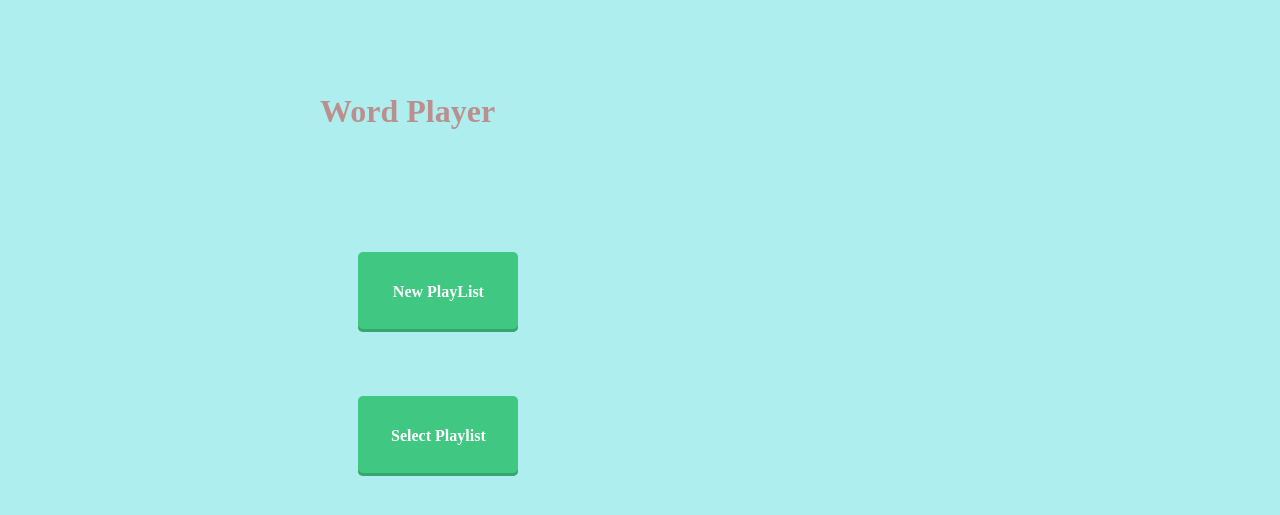
Repository: Artem-Brunov/msu_prac
Page: workspace/BasicUI/index.html
An editor plug-in stored every save of this project. The page is shown before and after the next save, followed by the edit.
The browser window is 1280 px wide. The pictures show the whole page.

Above is the page before, as saved 2017-11-19 19:40:48.

### workspace/BasicUI/index.html
<!DOCTYPE html>
<html>

<head>
    <meta charset="utf-8" />
    <meta name="viewport" content="width=device-width, initial-scale=1.0, maximum-scale=1.0">
    <meta name="description" content="Tizen Mobile Web Basic Template" />

    <title>Tizen Mobile Web Basic Application</title>

    <link rel="stylesheet" type="text/css" href="css/style.css" />
</head>

<body>
	<div class = "main">
		<div class = "titl">
			<h1>Word Player</h1>
		</div>
		<div class = "New">
			<div class = "Centr">
				<a href = "" class = "first_button">New PlayList</a>
			</div>
		</div>
		<div class = "Select">
			<div class = "Centr">
				<a href = "" class = "first_button" >Select Playlist</a>
			</div>
		</div>

	</div>


</body>

</html>

### workspace/BasicUI/css/style.css
html,
body {
    width: 100%;
    height: 100%;
    margin: 0 auto;
    padding: 0;
    background: PaleTurquoise;
 }
 .titl{

 	position: absolute;
 	left: 25%;
 	top: 10%;
 	color: RosyBrown;
 }
 a.first_button {

	display: block;
	width: 160px;
	height: 80px;
  	line-height: 5em;
	border-radius: 5px;
 	background: rgb(64,199,129);
	box-shadow: 0 -3px rgb(53,167,110) inset;
	font-weight: 900;
  	color: white;
  	text-align: center;
  	text-decoration: none;
  	transition: 0.2s;
}
a.first_button:hover { background: rgb(53, 167, 110); }
a.first_button:active {
  background: rgb(33,147,90);
  box-shadow: 0 3px rgb(33,147,90) inset;
}
.New {
	position: absolute;
  	top: 35%;
  	left: 28%;

}
.Select {
	position: absolute;
  	top: 55%;
  	left: 28%;

}

After the next save:
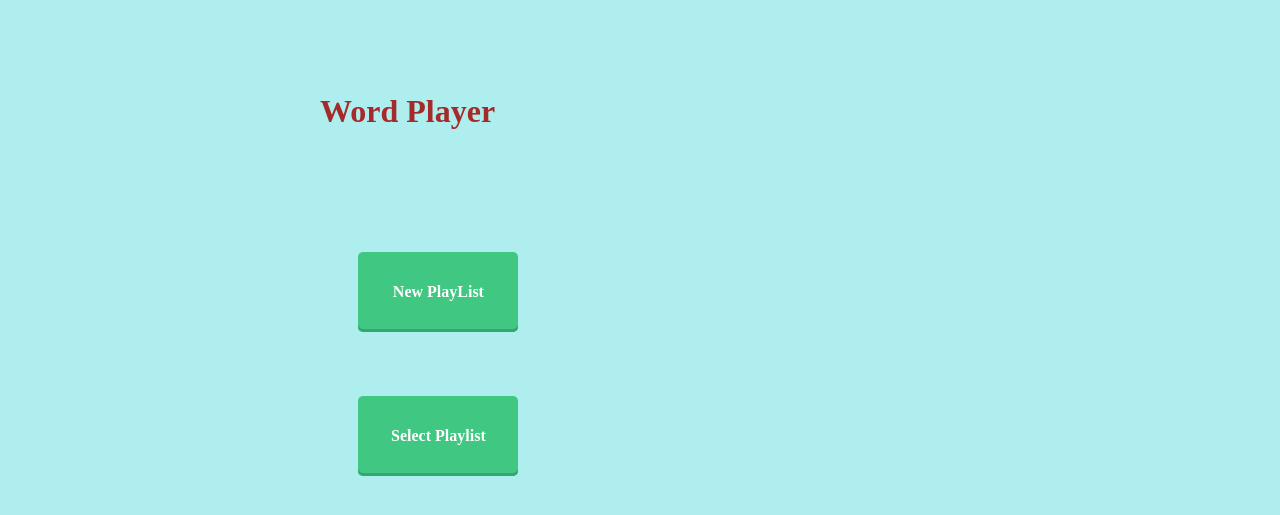
Saved 19 s later.
--- a/workspace/BasicUI/css/style.css
+++ b/workspace/BasicUI/css/style.css
@@ -11,7 +11,7 @@ body {
  	position: absolute;
  	left: 25%;
  	top: 10%;
- 	color: RosyBrown;
+ 	color: Brown;
  }
  a.first_button {
 
